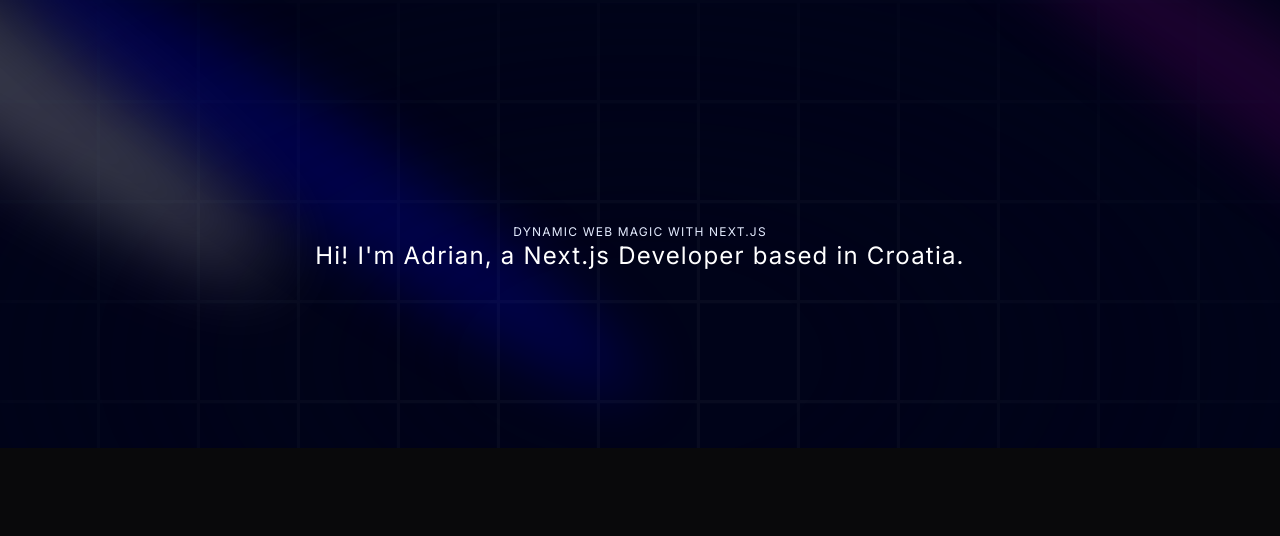
Repository: iharshitjaiswal/next_portfolio
Page: /
These files come from the project's save history. The page is drawn as it stood at one moment and after the next save; the edit follows.
The browser window is 1280 px wide. The pictures show the whole page.
The project was rebuilt for these pictures with package versions that can differ from the ones it lists, and the page was loaded fresh each time. The framework's server and built-in components were replaced by stand-ins that run in the browser. Also part of the build but not shown: next.config.mjs.

Above is the page before, as saved 2024-05-24 12:02:56.

### app/layout.tsx
import type { Metadata } from "next";
import { Inter } from "next/font/google";
import React from "react";
import "./globals.css";
import { ThemeProvider } from "./theme-provider";

const inter = Inter({ subsets: ["latin"] });

export const metadata: Metadata = {
  title: "Harshit's Portfolio",
  description: "Modern & Minimalist Next Portfolio",
};

export default function RootLayout({
  children,
}: Readonly<{
  children: React.ReactNode;
}>) {
  return (
    <html lang="en">
      <body className={inter.className}>
        <ThemeProvider
          attribute="class"
          defaultTheme="dark"
          enableSystem
          disableTransitionOnChange
        >
          {children}
        </ThemeProvider>
      </body>
    </html>
  );
}

### app/page.tsx
"use client";
import Hero from "@/components/Hero";
import React from "react";

const Home = () => {
  return (
    <main className="relative bg-black-100 flex justify-center text-white items-center flex-col overflow-hidden mx-auto sm:px-10 px-5">
      <div className="mx-w-7xl w-full">
        <Hero />
      </div>
    </main>
  );
};
export default Home;

### components/Hero.tsx
import React from "react";
import { Spotlight } from "./ui/Spotlight";

const Hero = () => {
  return (
    <div className="pb-20 pt-36">
      <div>
        <Spotlight
          className="-top-40 -left-10 md:-left-32 md:-top-20 h-screen"
          fill="white"
        />
        <Spotlight
          className="top-10 left-full h-[80vh] w-[50vw]"
          fill="purple"
        />
        <Spotlight className="top-28 left-80 h-[80vh] w-[50vw]" fill="blue" />
      </div>
      <div className="h-screen w-full dark:bg-black-100 bg-white  dark:bg-grid-white/[0.03] bg-grid-black/[0.2]flex items-center justify-center absolute top-0 left-0">
        <div className="absolute pointer-events-none inset-0 flex items-center justify-center dark:bg-black-100  bg-white [mask-image:radial-gradient(ellipse_at_center,transparent_20%,black)]" />
      </div>
      <div className="flex justify-center relative my-20 z-10">
        <div className="max-w-[89vw] md:max-w-2xl lg:max-w-[60vw] flex flex-col items-center justify-center">
          <p className="uppercase tracking-widest text-xs text-center text-blue-100 max-w-80">
            Dynamic Web Magic with Next.js
          </p>
          {/* <TextGenerateEffect
            words="Transforming Concepts into Seamless User Experiences"
            className="text-center text-[40px] md:text-5xl lg:text-6xl"
          /> */}

          <p className="text-center md:tracking-wider mb-4 text-sm md:text-lg lg:text-2xl">
            Hi! I&apos;m Adrian, a Next.js Developer based in Croatia.
          </p>

          <a href="#about">
            {/* <MagicButton
              title="Show my work"
              icon={<FaLocationArrow />}
              position="right"
            /> */}
          </a>
        </div>
      </div>
    </div>
  );
};

export default Hero;

### components/ui/Spotlight.tsx
import React from "react";
import { cn } from "@/utils/cn";

type SpotlightProps = {
  className?: string;
  fill?: string;
};

export const Spotlight = ({ className, fill }: SpotlightProps) => {
  return (
    <svg
      className={cn(
        "animate-spotlight pointer-events-none absolute z-[1]  h-[169%] w-[138%] lg:w-[84%] opacity-0",
        className
      )}
      xmlns="http://www.w3.org/2000/svg"
      viewBox="0 0 3787 2842"
      fill="none"
    >
      <g filter="url(#filter)">
        <ellipse
          cx="1924.71"
          cy="273.501"
          rx="1924.71"
          ry="273.501"
          transform="matrix(-0.822377 -0.568943 -0.568943 0.822377 3631.88 2291.09)"
          fill={fill || "white"}
          fillOpacity="0.21"
        ></ellipse>
      </g>
      <defs>
        <filter
          id="filter"
          x="0.860352"
          y="0.838989"
          width="3785.16"
          height="2840.26"
          filterUnits="userSpaceOnUse"
          colorInterpolationFilters="sRGB"
        >
          <feFlood floodOpacity="0" result="BackgroundImageFix"></feFlood>
          <feBlend
            mode="normal"
            in="SourceGraphic"
            in2="BackgroundImageFix"
            result="shape"
          ></feBlend>
          <feGaussianBlur
            stdDeviation="151"
            result="effect1_foregroundBlur_1065_8"
          ></feGaussianBlur>
        </filter>
      </defs>
    </svg>
  );
};

### tailwind.config.ts
import type { Config } from "tailwindcss";
const  svgToDataUri = require("mini-svg-data-uri");
const {
  default: flattenColorPalette,
} = require("tailwindcss/lib/util/flattenColorPalette");

const config = {
  darkMode: ["class"],
  content: [
    "./pages/**/*.{ts,tsx}",
    "./components/**/*.{ts,tsx}",
    "./app/**/*.{ts,tsx}",
    "./src/**/*.{ts,tsx}",
    "./data/**/*.{ts,tsx}",
  ],
  prefix: "",
  theme: {
    container: {
      center: true,
      padding: "2rem",
      screens: {
        "2xl": "1400px",
      },
    },
    extend: {
      colors: {
        black: {
          DEFAULT: "#000",
          100: "#000319",
          200: "rgba(17, 25, 40, 0.75)",
          300: "rgba(255, 255, 255, 0.125)",
        },
        white: {
          DEFAULT: "#FFF",
          100: "#BEC1DD",
          200: "#C1C2D3",
        },
        blue: {
          100: "#E4ECFF",
        },
        purple: "#CBACF9",
        border: "hsl(var(--border))",
        input: "hsl(var(--input))",
        ring: "hsl(var(--ring))",
        background: "hsl(var(--background))",
        foreground: "hsl(var(--foreground))",
        primary: {
          DEFAULT: "hsl(var(--primary))",
          foreground: "hsl(var(--primary-foreground))",
        },
        secondary: {
          DEFAULT: "hsl(var(--secondary))",
          foreground: "hsl(var(--secondary-foreground))",
        },
        destructive: {
          DEFAULT: "hsl(var(--destructive))",
          foreground: "hsl(var(--destructive-foreground))",
        },
        muted: {
          DEFAULT: "hsl(var(--muted))",
          foreground: "hsl(var(--muted-foreground))",
        },
        accent: {
          DEFAULT: "hsl(var(--accent))",
          foreground: "hsl(var(--accent-foreground))",
        },
        popover: {
          DEFAULT: "hsl(var(--popover))",
          foreground: "hsl(var(--popover-foreground))",
        },
        card: {
          DEFAULT: "hsl(var(--card))",
          foreground: "hsl(var(--card-foreground))",
        },
      },
      borderRadius: {
        lg: "var(--radius)",
        md: "calc(var(--radius) - 2px)",
        sm: "calc(var(--radius) - 4px)",
      },
      keyframes: {
        "accordion-down": {
          from: { height: "0" },
          to: { height: "var(--radix-accordion-content-height)" },
        },
        "accordion-up": {
          from: { height: "var(--radix-accordion-content-height)" },
          to: { height: "0" },
        },
        spotlight: {
          "0%": {
            opacity: "0",
            transform: "translate(-72%, -62%) scale(0.5)",
          },
          "100%": {
            opacity: "1",
            transform: "translate(-50%,-40%) scale(1)",
          },
        },
        shimmer: {
          from: {
            backgroundPosition: "0 0",
          },
          to: {
            backgroundPosition: "-200% 0",
          },
        },
        moveHorizontal: {
          "0%": {
            transform: "translateX(-50%) translateY(-10%)",
          },
          "50%": {
            transform: "translateX(50%) translateY(10%)",
          },
          "100%": {
            transform: "translateX(-50%) translateY(-10%)",
          },
        },
        moveInCircle: {
          "0%": {
            transform: "rotate(0deg)",
          },
          "50%": {
            transform: "rotate(180deg)",
          },
          "100%": {
            transform: "rotate(360deg)",
          },
        },
        moveVertical: {
          "0%": {
            transform: "translateY(-50%)",
          },
          "50%": {
            transform: "translateY(50%)",
          },
          "100%": {
            transform: "translateY(-50%)",
          },
        },
        scroll: {
          to: {
            transform: "translate(calc(-50% - 0.5rem))",
          },
        },
      },
      animation: {
        "accordion-down": "accordion-down 0.2s ease-out",
        "accordion-up": "accordion-up 0.2s ease-out",
        spotlight: "spotlight 2s ease .75s 1 forwards",
        shimmer: "shimmer 2s linear infinite",
        first: "moveVertical 30s ease infinite",
        second: "moveInCircle 20s reverse infinite",
        third: "moveInCircle 40s linear infinite",
        fourth: "moveHorizontal 40s ease infinite",
        fifth: "moveInCircle 20s ease infinite",
        scroll:
          "scroll var(--animation-duration, 40s) var(--animation-direction, forwards) linear infinite",
      },
    },
  },
  plugins: [
    require("tailwindcss-animate"),
    addVariablesForColors,
    function ({ matchUtilities, theme }: any) {
      matchUtilities(
        {
          "bg-grid": (value: any) => ({
            backgroundImage: `url("${svgToDataUri(
              `<svg xmlns="http://www.w3.org/2000/svg" viewBox="0 0 32 32" width="100" height="100" fill="none" stroke="${value}"><path d="M0 .5H31.5V32"/></svg>`
            )}")`,
          }),
          "bg-grid-small": (value: any) => ({
            backgroundImage: `url("${svgToDataUri(
              `<svg xmlns="http://www.w3.org/2000/svg" viewBox="0 0 32 32" width="8" height="8" fill="none" stroke="${value}"><path d="M0 .5H31.5V32"/></svg>`
            )}")`,
          }),
          "bg-dot": (value: any) => ({
            backgroundImage: `url("${svgToDataUri(
              `<svg xmlns="http://www.w3.org/2000/svg" viewBox="0 0 32 32" width="16" height="16" fill="none"><circle fill="${value}" id="pattern-circle" cx="10" cy="10" r="1.6257413380501518"></circle></svg>`
            )}")`,
          }),
        },
        { values: flattenColorPalette(theme("backgroundColor")), type: "color" }
      );
    },
  ],
};
function addVariablesForColors({ addBase, theme }: any) {
  let allColors = flattenColorPalette(theme("colors"));
  let newVars = Object.fromEntries(
    Object.entries(allColors).map(([key, val]) => [`--${key}`, val])
  );

  addBase({
    ":root": newVars,
  });
}

export default config;

### components/ui/TextGenerate-Effect.tsx
"use client";
import { useEffect } from "react";
import { motion, stagger, useAnimate } from "framer-motion";
import { cn } from "@/utils/cn";

export const TextGenerateEffect = ({
  words,
  className,
}: {
  words: string;
  className?: string;
}) => {
  const [scope, animate] = useAnimate();
  let wordsArray = words.split(" ");
  useEffect(() => {
    animate(
      "span",
      {
        opacity: 1,
      },
      {
        duration: 2,
        delay: stagger(0.2),
      }
    );
  }, [scope.current]);

  const renderWords = () => {
    return (
      <motion.div ref={scope}>
        {wordsArray.map((word, idx) => {
          return (
            <motion.span
              key={word + idx}
              className="dark:text-white text-black opacity-0"
            >
              {word}{" "}
            </motion.span>
          );
        })}
      </motion.div>
    );
  };

  return (
    <div className={cn("font-bold", className)}>
      <div className="mt-4">
        <div className=" dark:text-white text-black text-2xl leading-snug tracking-wide">
          {renderWords()}
        </div>
      </div>
    </div>
  );
};

Loaded but not shown: app/globals.css (common file); app/theme-provider.tsx (common file); utils/cn.ts (common file)

After the next save:
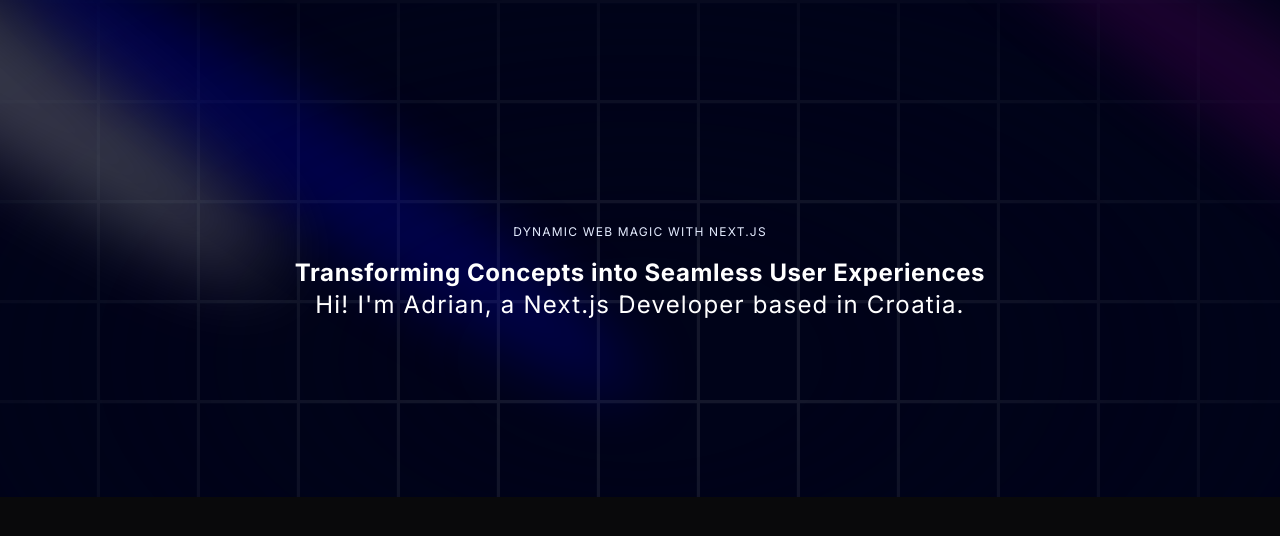
Saved 30 s later.
--- a/components/Hero.tsx
+++ b/components/Hero.tsx
@@ -1,5 +1,6 @@
 import React from "react";
 import { Spotlight } from "./ui/Spotlight";
+import { TextGenerateEffect } from "./ui/TextGenerate-Effect";
 
 const Hero = () => {
   return (
@@ -15,7 +16,7 @@
         />
         <Spotlight className="top-28 left-80 h-[80vh] w-[50vw]" fill="blue" />
       </div>
-      <div className="h-screen w-full dark:bg-black-100 bg-white  dark:bg-grid-white/[0.03] bg-grid-black/[0.2]flex items-center justify-center absolute top-0 left-0">
+      <div className="h-screen w-full dark:bg-black-100 bg-white  dark:bg-grid-white/[0.08] bg-grid-black/[0.2]flex items-center justify-center absolute top-0 left-0">
         <div className="absolute pointer-events-none inset-0 flex items-center justify-center dark:bg-black-100  bg-white [mask-image:radial-gradient(ellipse_at_center,transparent_20%,black)]" />
       </div>
       <div className="flex justify-center relative my-20 z-10">
@@ -23,10 +24,10 @@
           <p className="uppercase tracking-widest text-xs text-center text-blue-100 max-w-80">
             Dynamic Web Magic with Next.js
           </p>
-          {/* <TextGenerateEffect
+          <TextGenerateEffect
             words="Transforming Concepts into Seamless User Experiences"
             className="text-center text-[40px] md:text-5xl lg:text-6xl"
-          /> */}
+          />
 
           <p className="text-center md:tracking-wider mb-4 text-sm md:text-lg lg:text-2xl">
             Hi! I&apos;m Adrian, a Next.js Developer based in Croatia.
